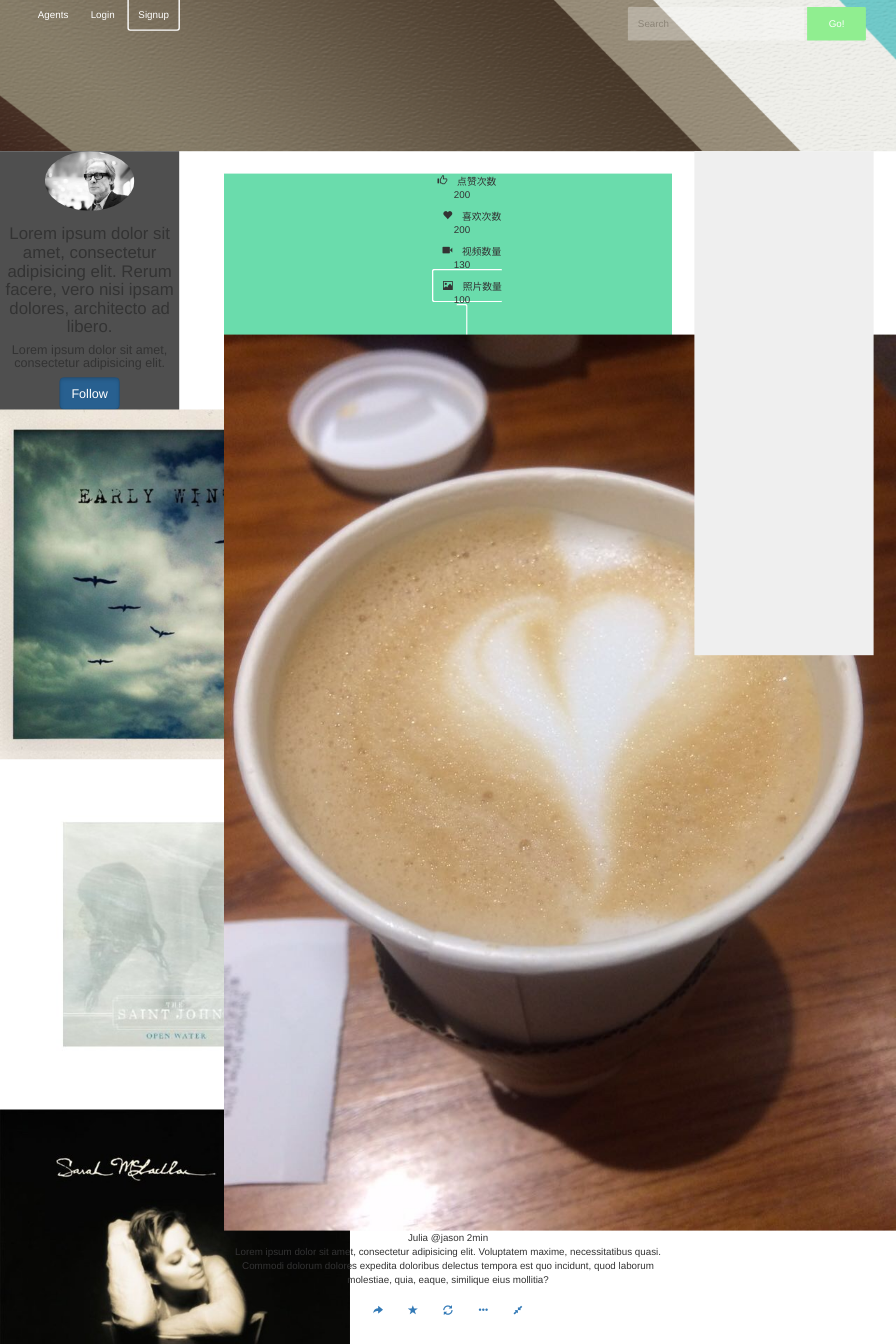
Repository: JasonBour/Beautypedia
Page: http://localhost/profile.php
An editor plug-in stored every save of this project. The page is shown before and after the next save, followed by the edit.
The browser window is 1280 px wide. The pictures show the part of the page from y = 0 to 1920 px (the page is 4585 px tall), at 70% of full size.
The page is run by PHP 8.4 with error messages shown; the project is at /var/www/html/.

Above is the page before, as saved 2015-09-16 12:57:46.

After the next save:
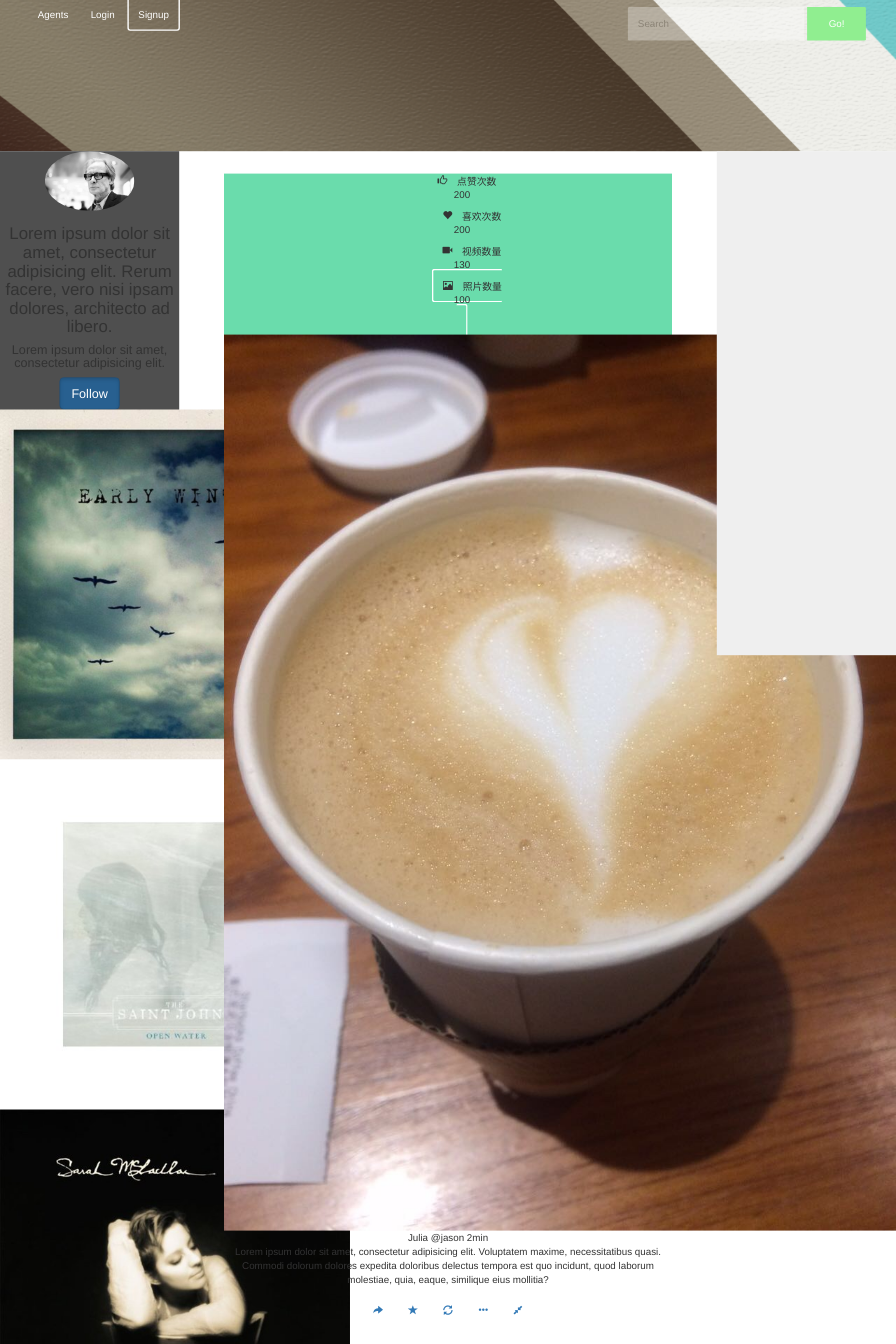
Saved 9 s later.
--- a/Beautypedia/css/profile.css
+++ b/Beautypedia/css/profile.css
@@ -48,7 +48,7 @@ div.left-profile{
 }
 
 div.center-news{
-	margin:2.5%  2.5% 5% 0;
+	margin:2.5%  5% 5% 0;
 	float:left;
     display:inline;
     width:50%;
